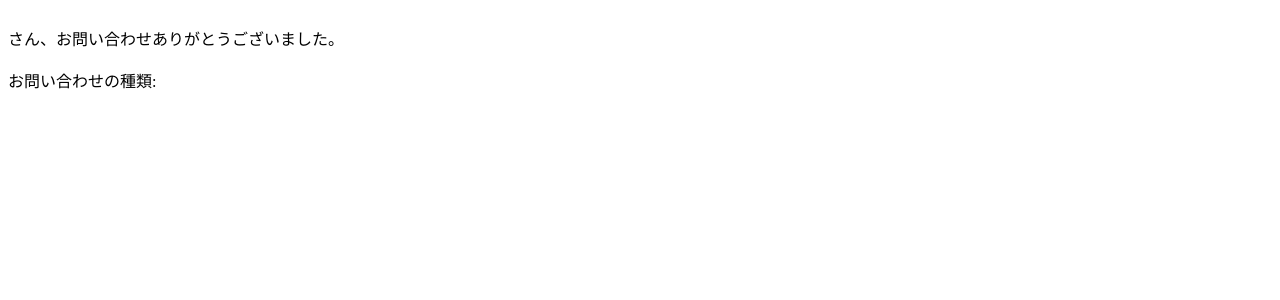
Repository: fujimon-san1996/test
Page: http://localhost/WebProJ3/inquiryComplete.jsp
The author's editor kept a copy of each file at every save. The page is drawn from the files as they stood at one save, then again after the next save.
The browser window is 1280 px wide. The pictures show the whole page.
The page is served by Tomcat 9. Other server files are loaded and not shown.

Above is the page before, as saved 2019-03-11 12:06:33.

### WebProJ3/WebContent/inquiryComplete.jsp
<%@ page language="java" contentType="text/html; charset=UTF-8"
    pageEncoding="UTF-8"%>
<%@ taglib prefix="s" uri="/struts-tags" %>
<!DOCTYPE html PUBLIC "-//W3C//DTD HTML 4.01 Transitional//EN" "http://www.w3.org/TR/html4/loose.dtd">
<html>
<head>
<meta http-equiv="Content-Type" content="text/html; charset=UTF-8">
<title>お問い合わせ　受付完了</title>
</head>
<body>

<br>
<s:property value="name" />さん、お問い合わせありがとうございました。
<br>
<br>お問い合わせの種類:<br>
<s:if test='qtype=="company"'>
会社について
</s:if>
</body>
</html>

After the next save:
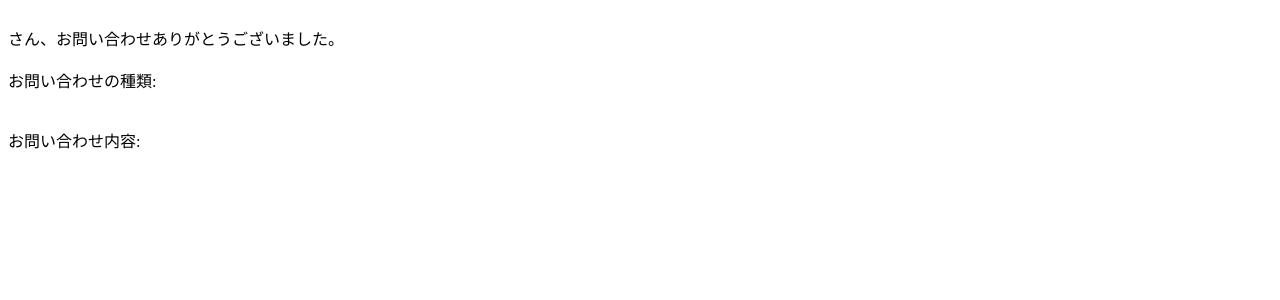
Saved 101 s later.
--- a/WebProJ3/WebContent/inquiryComplete.jsp
+++ b/WebProJ3/WebContent/inquiryComplete.jsp
@@ -16,5 +16,14 @@
 <s:if test='qtype=="company"'>
 会社について
 </s:if>
+<s:if test='qtype=="product"'>
+製品について
+</s:if>
+<s:if test='qtype=="support"'>
+アフターサポートについて
+</s:if>
+<br>
+<br>お問い合わせ内容:<br>
+<s:property value="body" />
 </body>
 </html>
